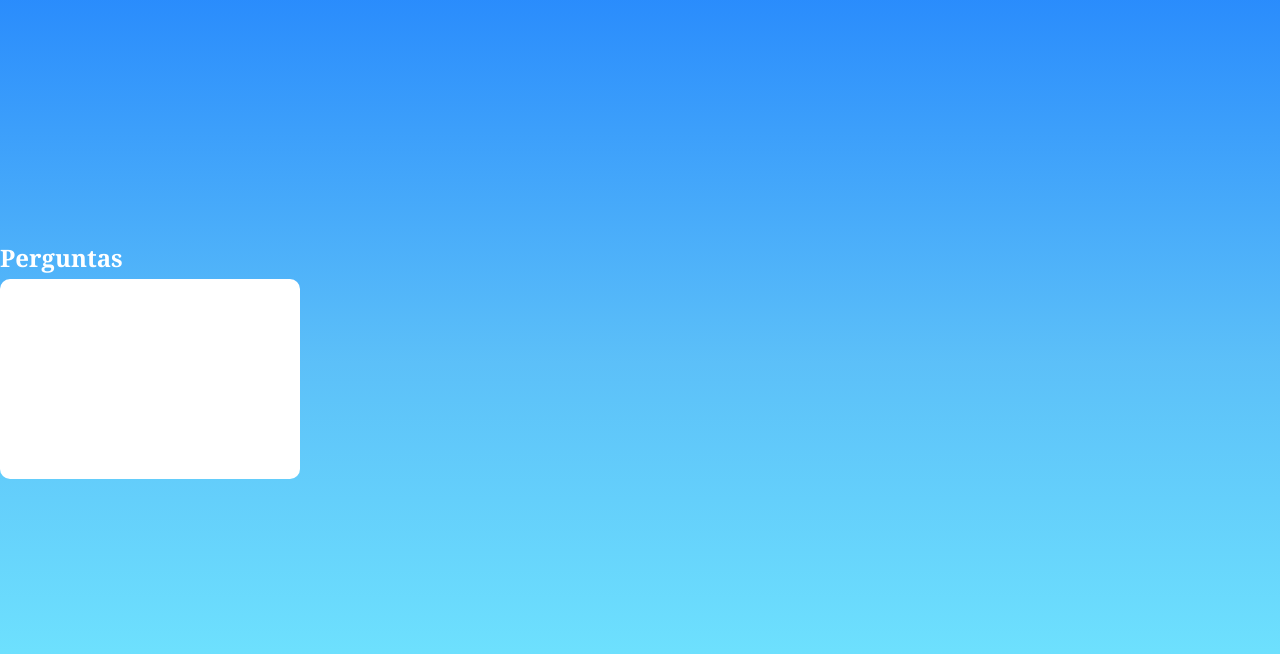
Repository: LaisSilvaO/Projeto-Quizz
Page: telas/index.html
The author's editor kept a copy of each file at every save. The page is drawn from the files as they stood at one save, then again after the next save.
The browser window is 1280 px wide. The pictures show the whole page.

Above is the page before, as saved 2024-12-24 14:26:20.
Not found: telas/script.js

### telas/index.html
<!DOCTYPE html>
<html lang="pt-br">

<head>
    <meta charset="UTF-8">
    <meta name="viewport" content="width=device-width, initial-scale=1.0">
    <title>Perguntas</title>
    <link rel="stylesheet" href="../img/tela.css">
</head>

<body>
    <h2> Perguntas</h2>
    <main>
        <div class="content">
            <span class="qtddquestao"></span>
            <span class="questao"></span>
            <div class="resposta"></div>
        </div>
        <div class="final">
            <span></span>
            <button>Reiniciar Jogo</button>
        </div>
    </main>



    <script src="script.js" type="module"></script>
</body>

</html>

### img/tela.css
* {
  margin: 0;
  padding: 0;
  box-sizing: border-box;
  font-family: Cambria, Cochin, Georgia, Times, 'Times New Roman', serif;
}

body {
  height: 100vh;
  display: flex;
  justify-content: center;
  flex-direction: column;
  gap: 5px;
  background: linear-gradient(180deg, rgba(19, 128, 252, 0.9) 0%, rgba(80, 187, 248, 0.932), rgba(103, 230, 255, 0.932) 100%);
}

body h2 {
  color: white;
}

main {
  background-color: white;
  padding: 10px;
  border-radius: 10px;
  width: 100%;
  max-width: 300px;
  min-height: 200px;
  display:flex;
  align-items: center;
  justify-content: center;
}

.content {
  display: flex;
  flex-direction: column;
  width: 100px;
  gap: 10px;
}

.qtddquestao {
  text-align: end;
}

.resposta {
  display: flex;
  flex-direction: column;
  gap: 5px;
}

button {
  width: 100px;
  text-align: start;
  padding: 5px;
  border: none;
  border-radius: 5px;
  cursor: pointer;
  background-color: grey;
  color: white;
}

.final {
  display: none;
  flex-direction: column;
  gap: 10px;
}

After the next save:
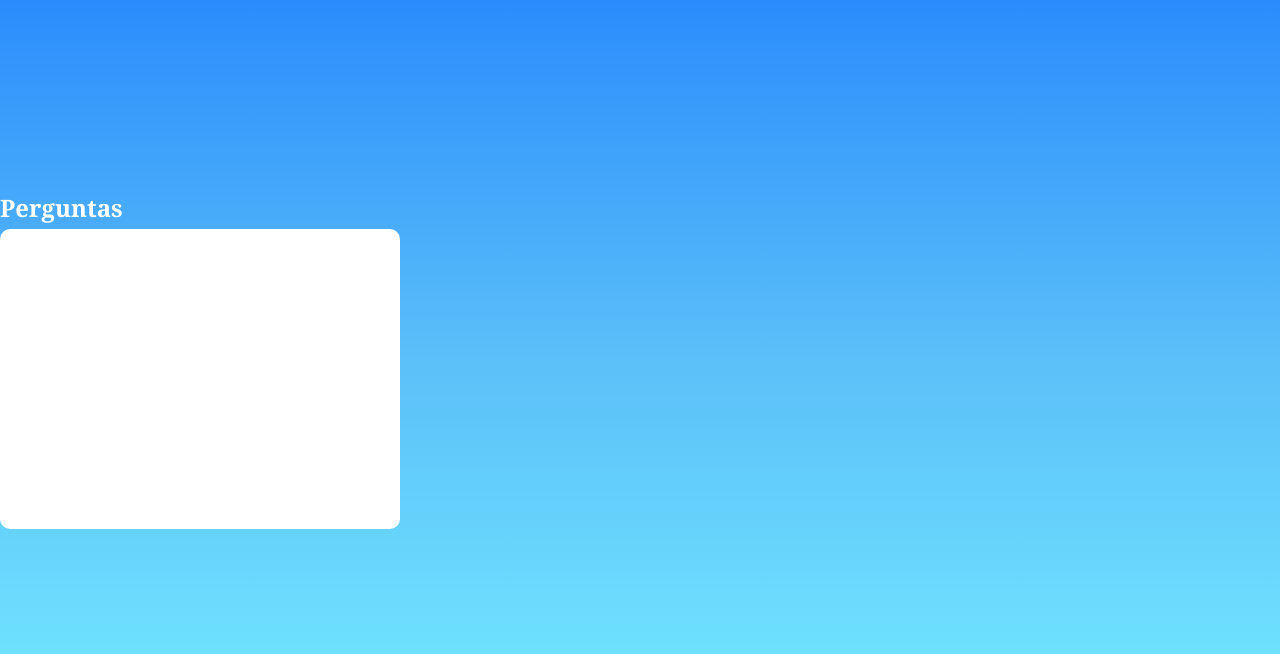
Saved 64 s later.
--- a/img/tela.css
+++ b/img/tela.css
@@ -23,8 +23,8 @@ main {
   padding: 10px;
   border-radius: 10px;
   width: 100%;
-  max-width: 300px;
-  min-height: 200px;
+  max-width: 400px;
+  min-height: 300px;
   display:flex;
   align-items: center;
   justify-content: center;
